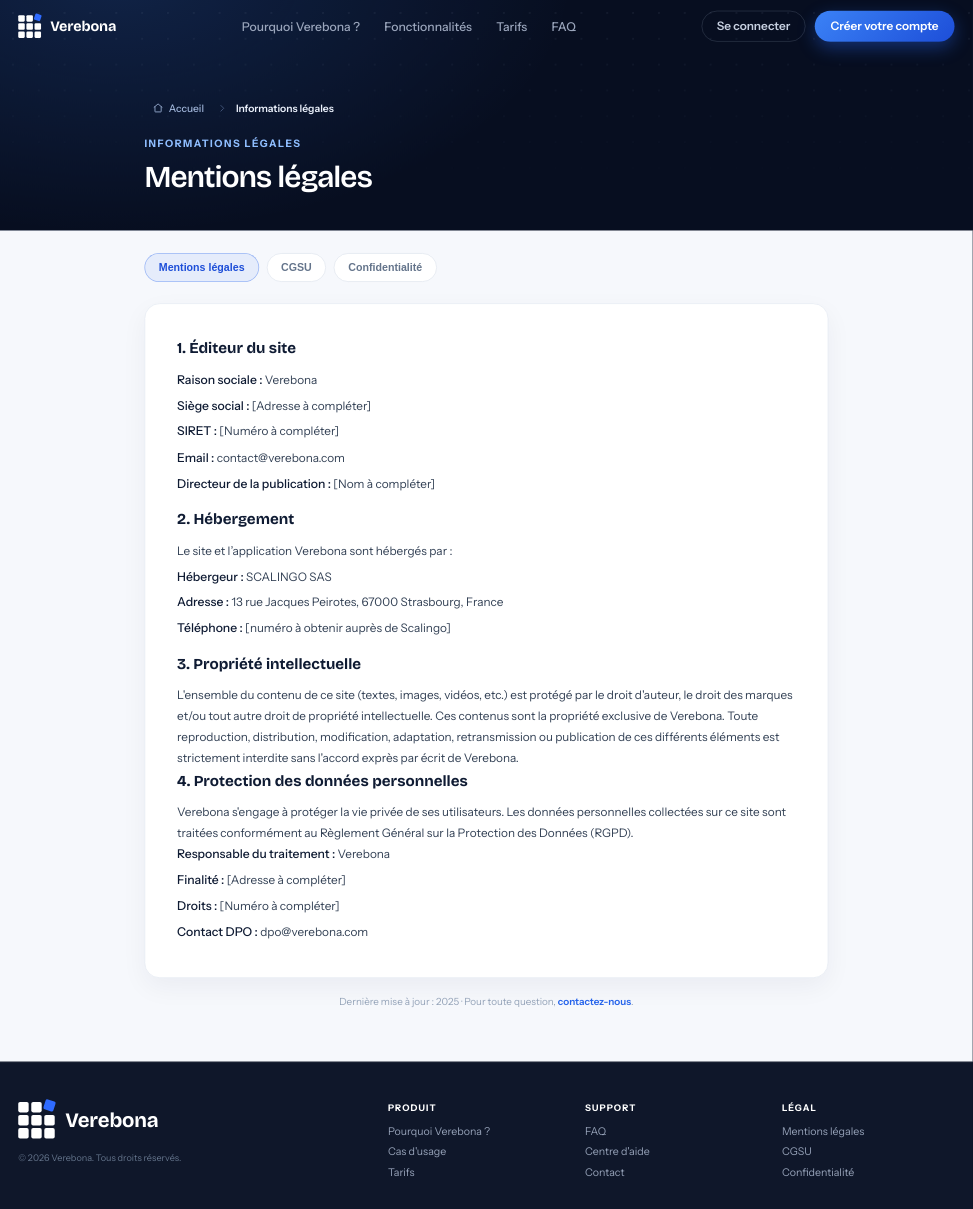
Repository: AdminVerebona/verebona-public
Page: /mentions-legales
The author's editor kept a copy of each file at every save. The page is drawn from the files as they stood at one save, then again after the next save.
The browser window is 1280 px wide. The pictures show the whole page, at 76% of full size.
The project was rebuilt for these pictures with package versions that can differ from the ones it lists, and the page was loaded fresh each time. Also part of the build but not shown: next.config.mjs, vite.config.js, vite.config.ts, src/composables/useLanding.ts, src/sections/HeroSection.vue, src/sections/WhySection.vue, src/sections/UseCasesSection.vue, src/sections/FeaturesSection.vue and 6 more.

Above is the page before, as saved 2026-07-10 15:17:45.

After the next save:
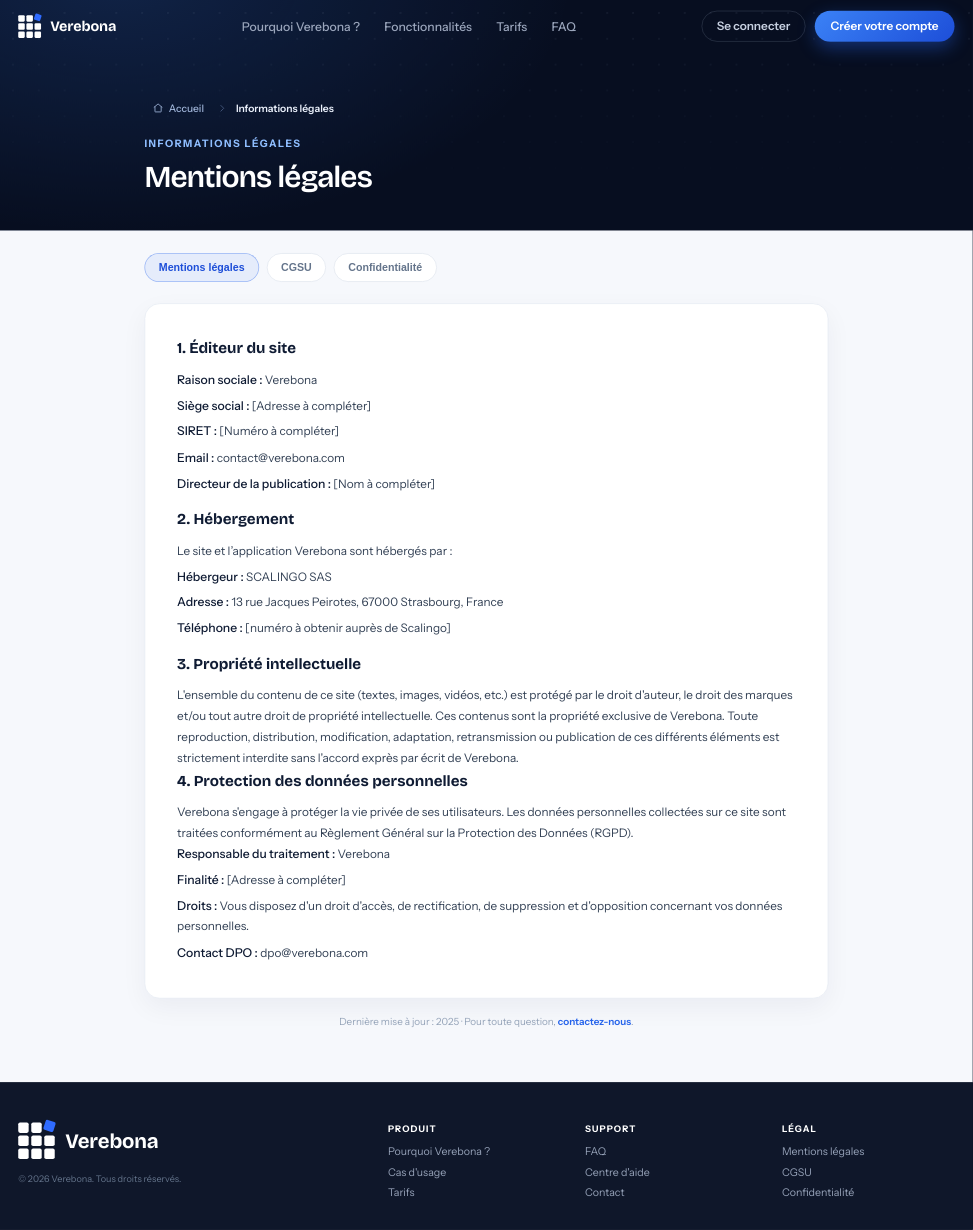
Saved 7 s later.
--- a/src/views/LegalView.vue
+++ b/src/views/LegalView.vue
@@ -34,7 +34,7 @@
           <p style="margin:0">Verebona s'engage à protéger la vie privée de ses utilisateurs. Les données personnelles collectées sur ce site sont traitées conformément au Règlement Général sur la Protection des Données (RGPD).</p>
           <p style="margin:0 0 6px"><span style="font-size:16px;font-weight:500;color:#0F1B33">Responsable du traitement :</span> Verebona</p>
           <p style="margin:0 0 6px"><span style="font-size:16px;font-weight:500;color:#0F1B33">Finalité  :</span> [Adresse à compléter]</p>
-          <p style="margin:0 0 6px"><span style="font-size:16px;font-weight:500;color:#0F1B33">Droits  :</span> [Numéro à compléter]</p>
+          <p style="margin:0 0 6px"><span style="font-size:16px;font-weight:500;color:#0F1B33">Droits  :</span> Vous disposez d'un droit d'accès, de rectification, de suppression et d'opposition concernant vos données personnelles.</p>
           <p style="margin:0 0 6px"><span style="font-size:16px;font-weight:500;color:#0F1B33">Contact DPO :</span> dpo@verebona.com</p>
         </div>
       </template>
